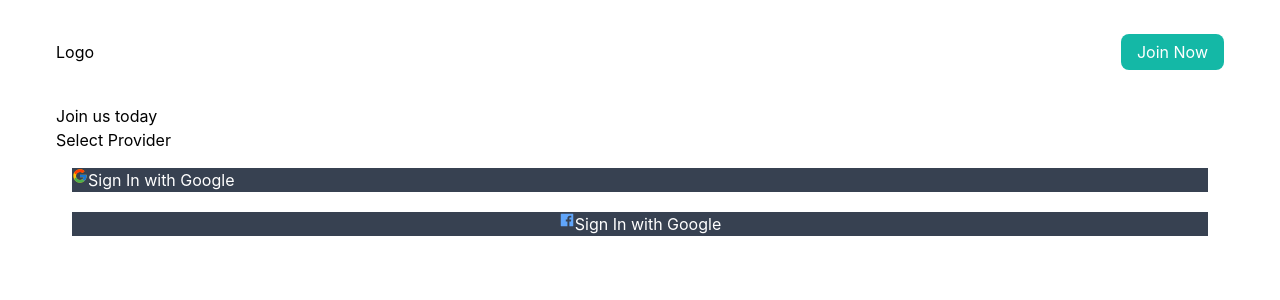
Repository: arafatmollah/auth-app
Page: /auth/login
The author's editor kept a copy of each file at every save. The page is drawn from the files as they stood at one save, then again after a run of saves.
The browser window is 1280 px wide. The pictures show the whole page.
The project was rebuilt for these pictures with package versions that can differ from the ones it lists, and the page was loaded fresh each time. The framework's server and built-in components were replaced by stand-ins that run in the browser. Also part of the build but not shown: next.config.js.

Above is the page before, as saved 2022-10-03 21:12:56.

### pages/_app.js
import '../styles/globals.css'
import Layout from '../components/Layout'

function MyApp({ Component, pageProps }) {
 return(
  <Layout>
  <Component {...pageProps} />
 </Layout>
 )
}

export default MyApp

### pages/auth/login.js
import React from 'react'
import {FcGoogle} from 'react-icons/fc'
import {AiFillFacebook} from 'react-icons/ai'

export default function () {
  return (
    <div>
        <h2>Join us today</h2>
        <div>
            <p>Select Provider</p>
            <div className='flex p-4 flex-col w-50 justify-center align-middle'>
                <button className='bg-gray-700 text-white flex'>
                    <FcGoogle></FcGoogle>
                    Sign In with Google</button>
                <button className='bg-gray-700 text-white mt-5 flex align-middle justify-center'>
                    <AiFillFacebook className='text-blue-400'></AiFillFacebook>
                    Sign In with Google</button>
            </div>
        </div>
    </div>
  )
}

### components/Layout.js
import React from 'react'
import Nav from './Nav'

export default function Layout({children}) {
  return (
    <div className='mx-14'>
       <Nav></Nav>
        <main>
        {children}
        </main>
        </div>
  )
}

### components/Nav.js
import React from 'react'
import Link from 'next/link'

function Nav() {
  return (
    <div>
        <nav className='flex justify-between items-center py-10'>
        <Link href="/">Logo</Link>
        <ul>
            <Link href="/auth">
            <a className='py-2 px-4 bg-teal-500 my-5 rounded-lg text-white'>Join Now</a>
            </Link>
        </ul>
        </nav>
    </div>
  )
}

export default Nav

Loaded but not shown: styles/globals.css (common file); tailwind.config.js (common file)

After the next 2 saves:
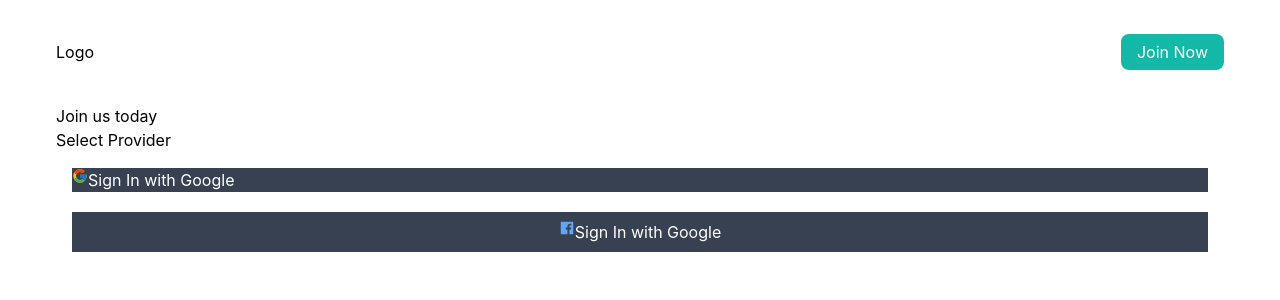
The 2 saves are shown as one change because they came seconds apart.
The last was saved 11 s later.
--- a/pages/auth/login.js
+++ b/pages/auth/login.js
@@ -12,7 +12,7 @@ export default function () {
                 <button className='bg-gray-700 text-white flex'>
                     <FcGoogle></FcGoogle>
                     Sign In with Google</button>
-                <button className='bg-gray-700 text-white mt-5 flex align-middle justify-center'>
+                <button className='bg-gray-700 text-white mt-5 flex align-middle justify-center p-2'>
                     <AiFillFacebook className='text-blue-400'></AiFillFacebook>
                     Sign In with Google</button>
             </div>
